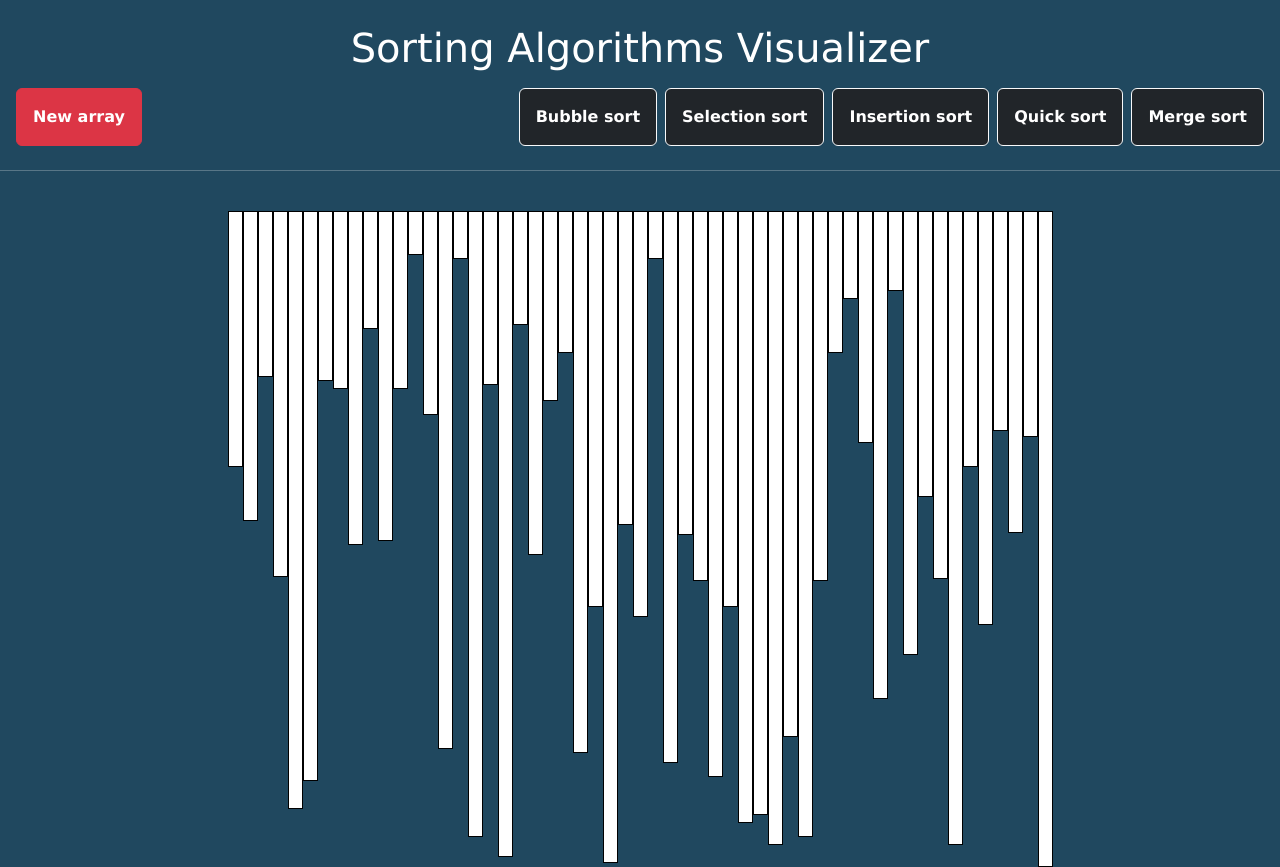
Repository: Vasil1001/Sorting-Algorithms-Visualizer-js
Page: views/index.html
These files come from the project's save history. The page is drawn as it stood at one moment and after a run of saves; the edit follows.
The browser window is 1280 px wide. The pictures show the whole page.

Above is the page before, as saved 2022-11-03 18:15:50.

After the next 2 saves:
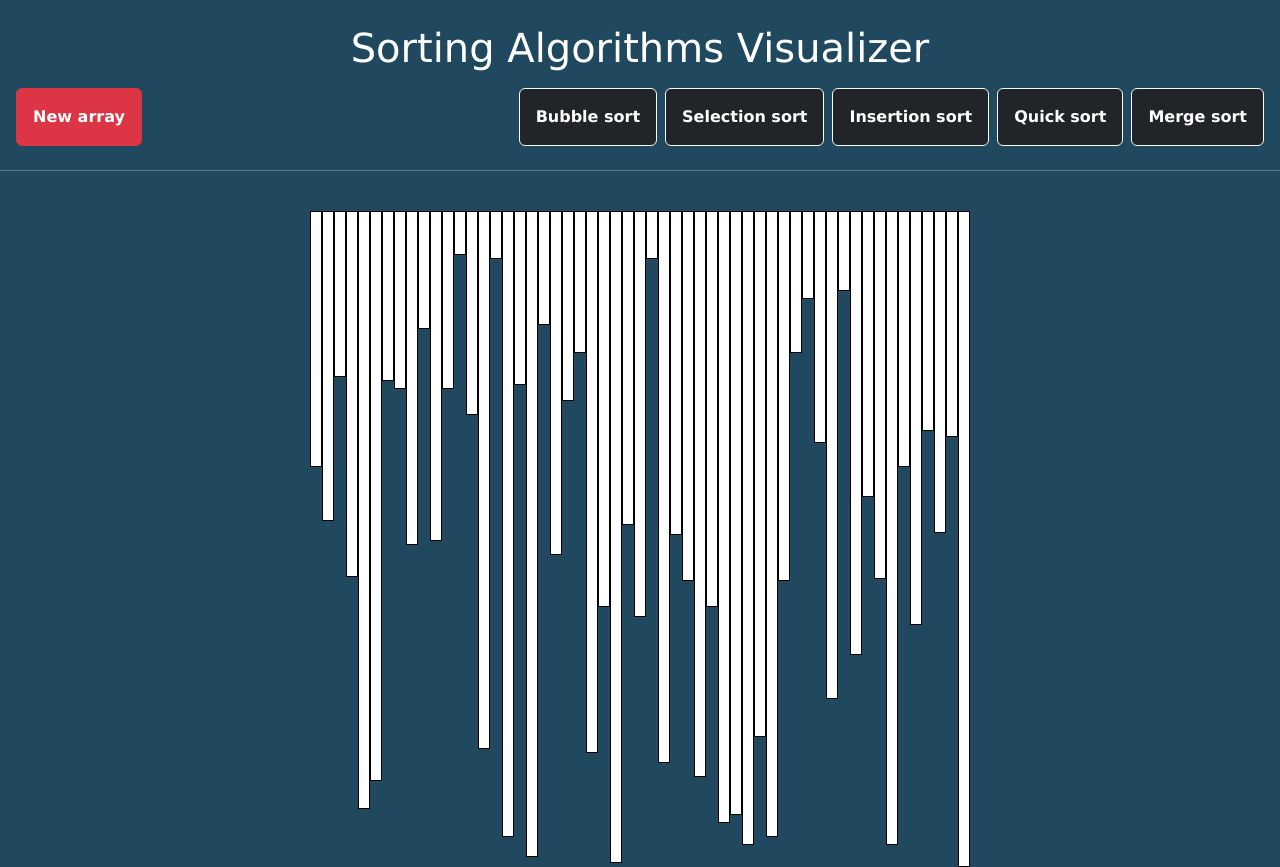
The 2 saves are shown as one change because they came seconds apart.
The last was saved 7 s later.
--- a/css/base.css
+++ b/css/base.css
@@ -19,6 +19,6 @@ body {
 .flex-item{
     background: rgb(255, 255, 255);
     border: 1pt solid black;
-    width: 15px;
+    width: 12px;
     transition: 0.1s all ease;
 }
